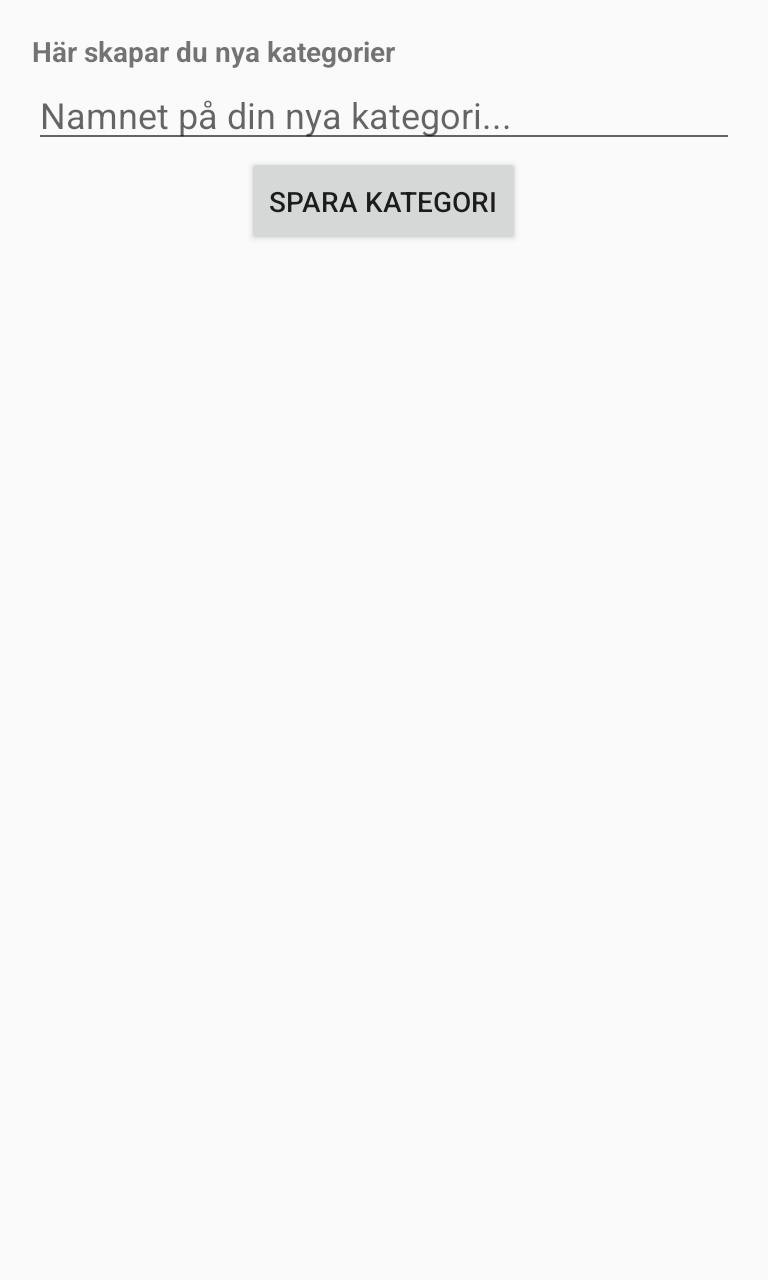
Repository: Dinova/Studiekoll
Layout: Studiekoll/Studiekoll/res/layout/fragment_category.xml
These files come from the project's save history. The layout is drawn as it stood at one moment and after the next save; the edit follows.
It is drawn on a 768 x 1280 px phone screen (xhdpi) without system bars, with theme AppTheme; the app's code is not run.

Above is the layout before, as saved 2014-05-19 10:54:47.

After the next save:
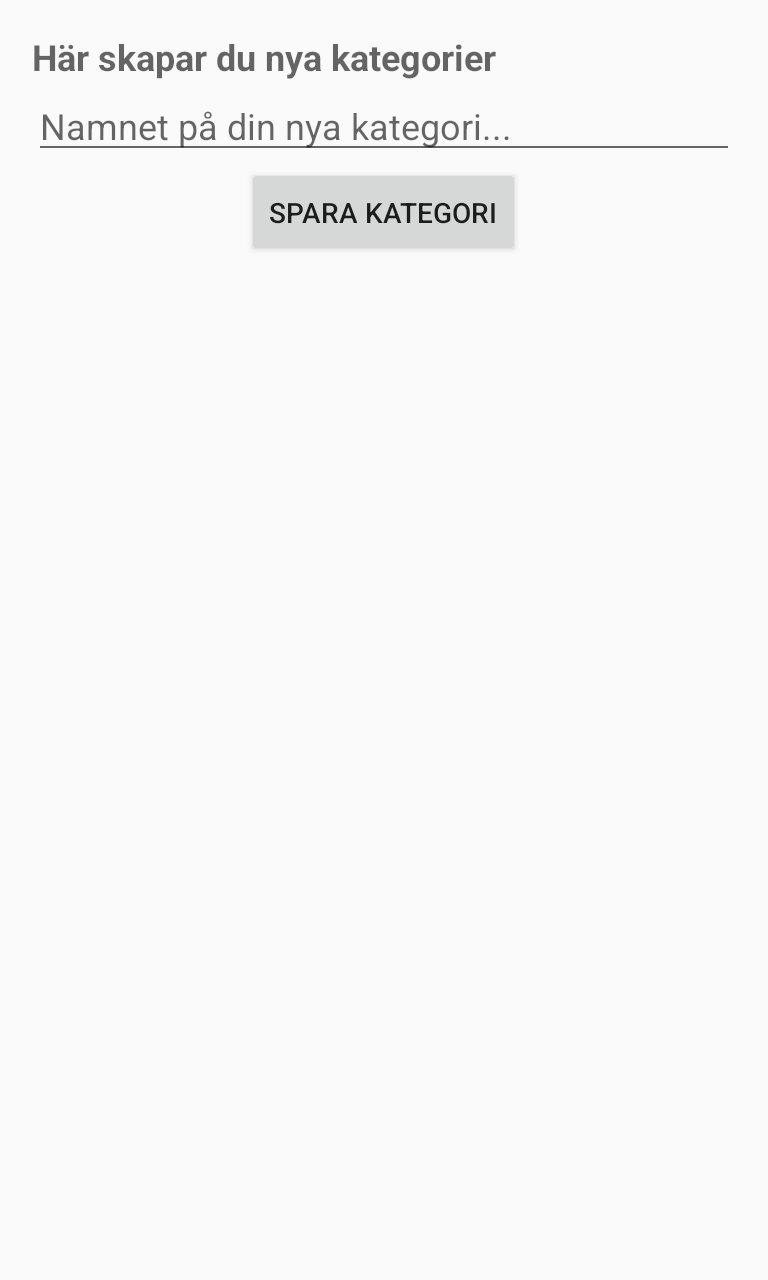
Saved 3 min 13 s later.
--- a/Studiekoll/Studiekoll/res/layout/fragment_category.xml
+++ b/Studiekoll/Studiekoll/res/layout/fragment_category.xml
@@ -13,7 +13,8 @@
         android:layout_width="wrap_content"
         android:layout_height="wrap_content"
         android:text="@string/category_help_message"
-        android:textStyle="bold" />
+        android:textStyle="bold"
+        android:textAppearance="?android:attr/textAppearanceMedium" />
 
     <EditText
         android:id="@+id/category_edit_text"
